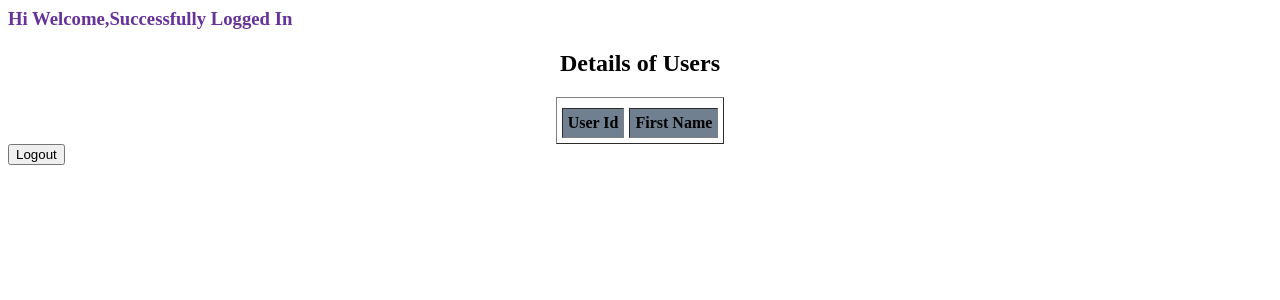
Repository: Pramila0526/LoginRegistrationUsingFilters
Page: http://localhost/LoginAndRegistration/usersList.jsp
These files come from the project's save history. The page is drawn as it stood at one moment and after the next save; the edit follows.
The browser window is 1280 px wide. The pictures show the whole page.
The page is served by Tomcat 9. Queries for data that is not in the repository find no rows.

Above is the page before, as saved 2019-12-27 05:49:03.

After the next save:
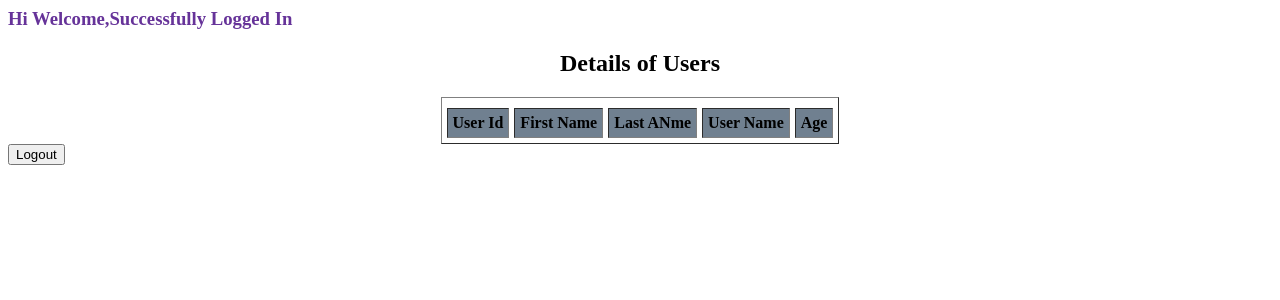
Saved 35 s later.
--- a/LoginAndRegistration/WebContent/usersList.jsp
+++ b/LoginAndRegistration/WebContent/usersList.jsp
@@ -30,6 +30,9 @@
 
 			<td><b>User Id</b></td>
 			<td><b>First Name</b></td>
+			<td><b>Last ANme</b></td>
+			<td><b>User Name</b></td>
+			<td><b>Age</b></td>
 
 		</tr>
 		<%
@@ -47,7 +50,6 @@
 			<td><%=resultSet.getString("lastname")%></td>
 			<td><%=resultSet.getString("username")%></td>
 			<td><%=resultSet.getInt("age")%></td>
-			<td><%=resultSet.getString("password")%></td>
 		</tr>
 		<%
 			}
